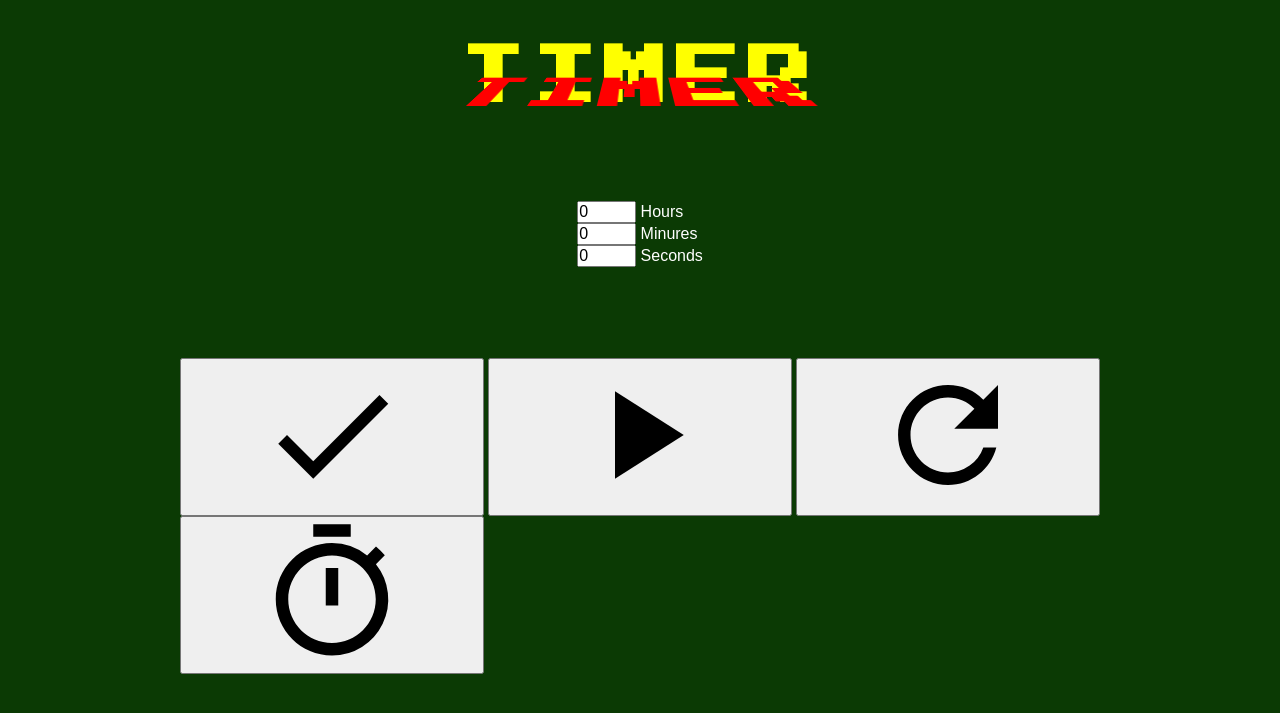
Repository: KrzysKolo/Projekt-12_Timer
Page: index.html
The author's editor kept a copy of each file at every save. The page is drawn from the files as they stood at one save, then again after the next save.
The browser window is 1280 px wide. The pictures show the whole page.
Some web fonts or font styles are not loaded; a fallback is used.

Above is the page before, as saved 2020-06-24 20:25:21.

### index.html
<!DOCTYPE html>
<html lang="en">
  <head>
    <meta charset="UTF-8" />
    <meta name="viewport" content="width=device-width, initial-scale=1.0" />
    <title>Taimer</title>
    <link
      href="https://fonts.googleapis.com/css2?family=Aldrich&family=Press+Start+2P&display=swap"
      rel="stylesheet"
    />

    <link rel="stylesheet" href="./css/style.css" />
  </head>
  <body>
    <main class="timer">
      <header class="timer__header">
        <h1 class="timer__heading" data-text="TIMER">
          Timer
        </h1>
      </header>
      <article class="timer__clock">
        <!-- input hours-->
        <section class="clock">
          <input
            type="number"
            name="hours"
            id="hours"
            value="0"
            min="0"
            max="99"
            class="clock__input"
            data-timer-input__hours
          />
          <label for="hours" class="clock__label">Hours</label>
        </section>
        <!-- input minutes-->
        <section class="clock">
          <input
            type="number"
            name="minutes"
            id="minutes"
            value="0"
            min="0"
            max="59"
            class="clock__input"
            data-timer-input__minutes
          />
          <label for="minutes" class="clock__label">Minures</label>
        </section>
        <!-- input seconds -->
        <section class="clock">
          <input
            type="number"
            name="seconds"
            id="seconds"
            value="0"
            min="0"
            max="59"
            class="clock__input"
            data-timer-input__seconds
          />
          <label for="seconds" class="clock__label">Seconds</label>
        </section>
      </article>
      <article class="timer__buttons">
        <!-- button 1 -->
        <button class="button">
          <svg class="button__icon">
            <use xlink:href="./assets/icons/sprite.svg#done-24px"></use>
          </svg>
        </button>
        <!-- button 2 -->
        <button class="button">
          <svg class="button__icon">
            <use xlink:href="./assets/icons/sprite.svg#play_arrow-24px"></use>
          </svg>
        </button>
        <!-- button 3 -->
        <button class="button">
          <svg class="button__icon">
            <use xlink:href="./assets/icons/sprite.svg#refresh-24px"></use>
          </svg>
        </button>
        <!-- dźwięk -->
        <section class="timer__audio">
          <audio src="./assets/sounds/alarm.mp3" loop></audio>
          <button class="button">
            <svg class="button__icon button__icon--alarm">
              <use xlink:href="./assets/icons/sprite.svg#timer-24px"></use>
            </svg>
          </button>
        </section>
      </article>
    </main>
  </body>
</html>

### css/style.css
*,
*::before,
*::after {
  padding: 0;
  margin: 0;
  box-sizing: inherit;
  font-size: 16px;
}
body {
  box-sizing: border-box;
  color: #fff;
  font-family: "Aldrich", sans-serif;
}
.timer {
  width: 100vw;
  height: 100vh;
  background-color: #0b3a04;
  display: flex;
  flex-direction: column;
  justify-content: space-around;
  align-items: flex-start;
  align-items: center;
}
.timer__header {
}
.timer__heading::before {
  content: attr(data-text);
  color: red;
  font-size: 4rem;
  position: absolute;
  left: -0.25rem;
  bottom: -0.99rem;
  transform: perspective(250px) rotateX(60deg);
}
.timer__heading {
  font-family: "Press Start 2P", cursive;
  font-size: 4rem;
  text-transform: uppercase;
  letter-spacing: 8px;
  color: yellow;
  position: relative;
}
.timer__heading::before {
  content: attr(data-text);
  color: red;
  font-size: 4rem;
  position: absolute;
  left: -0.25rem;
  bottom: -0.99rem;
  transform: perspective(250px) rotateX(60deg);
}

After the next save:
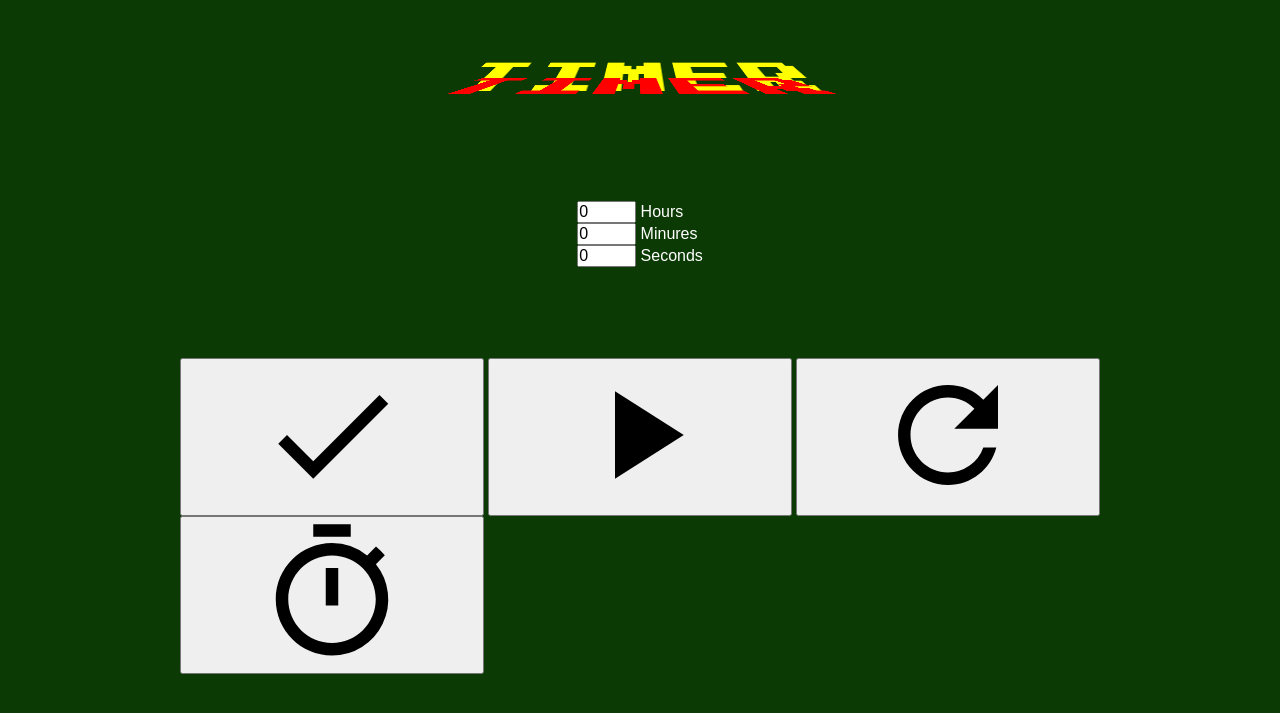
Saved 10 s later.
--- a/css/style.css
+++ b/css/style.css
@@ -38,6 +38,7 @@ body {
   text-transform: uppercase;
   letter-spacing: 8px;
   color: yellow;
+  transform: perspective(250px) rotateX(60deg);
   position: relative;
 }
 .timer__heading::before {
@@ -47,5 +48,4 @@ body {
   position: absolute;
   left: -0.25rem;
   bottom: -0.99rem;
-  transform: perspective(250px) rotateX(60deg);
 }
